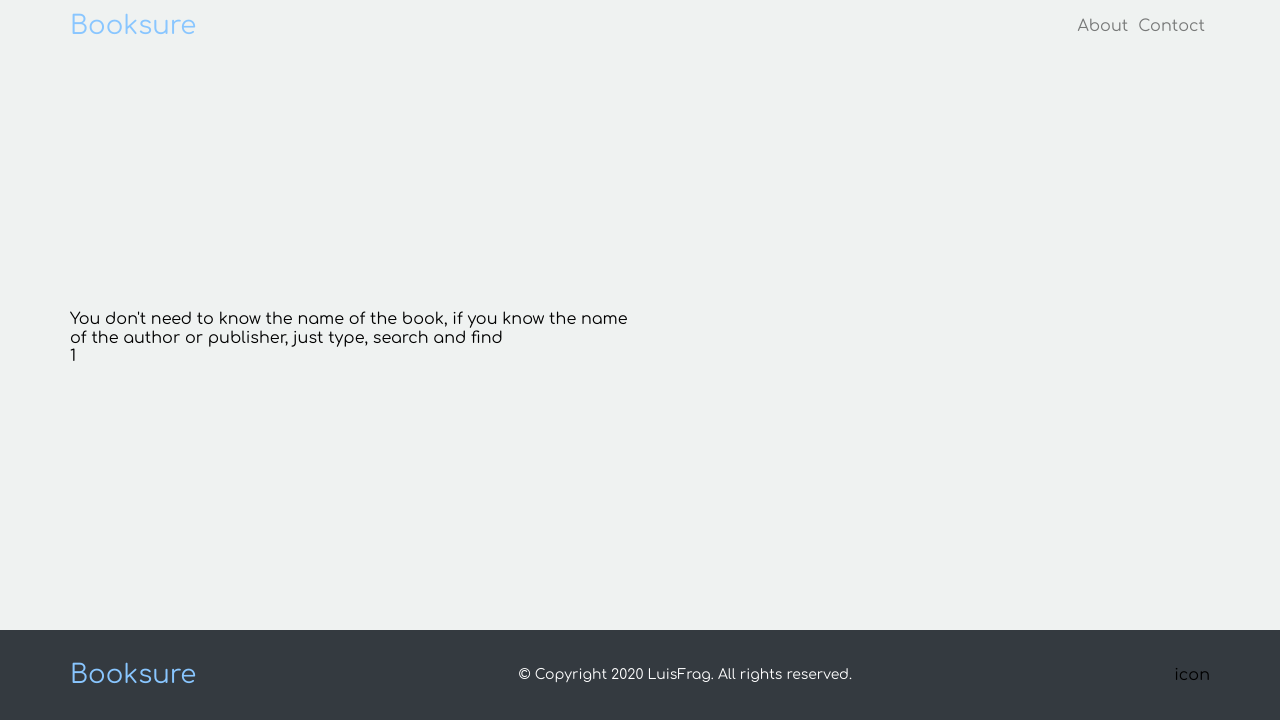
Repository: changesxxx/searchBooks
Page: /search
The author's editor kept a copy of each file at every save. The page is drawn from the files as they stood at one save, then again after the next save.
The browser window is 1280 px wide. The pictures show the whole page.
The project was rebuilt for these pictures with package versions that can differ from the ones it lists, and the page was loaded fresh each time. Also part of the build but not shown: craco.config.js.

Above is the page before, as saved 2024-06-24 17:45:26.

After the next save:
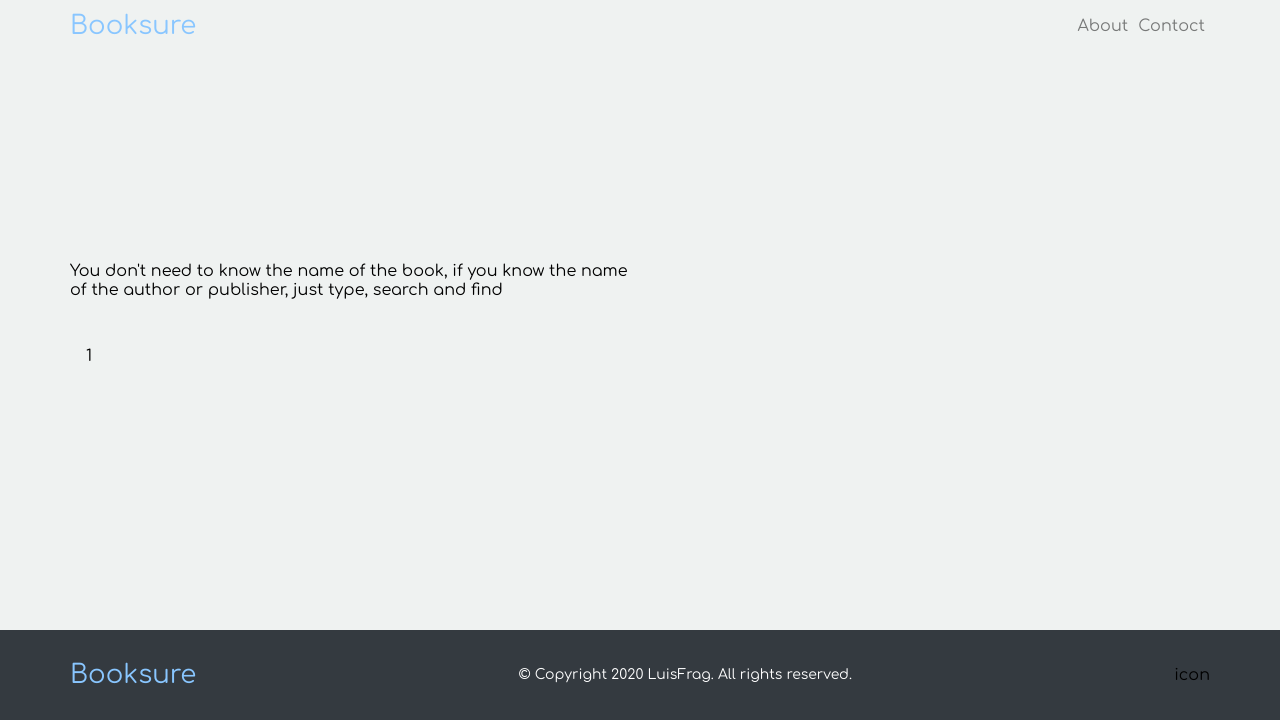
Saved 45 s later.
--- a/src/view/search/style.js
+++ b/src/view/search/style.js
@@ -13,6 +13,10 @@ const searchWrapper = styled.div`
       flex: 1;
     }
   }
+
+  .input {
+    padding: 48px 16px;
+  }
 `
 
 export default searchWrapper
